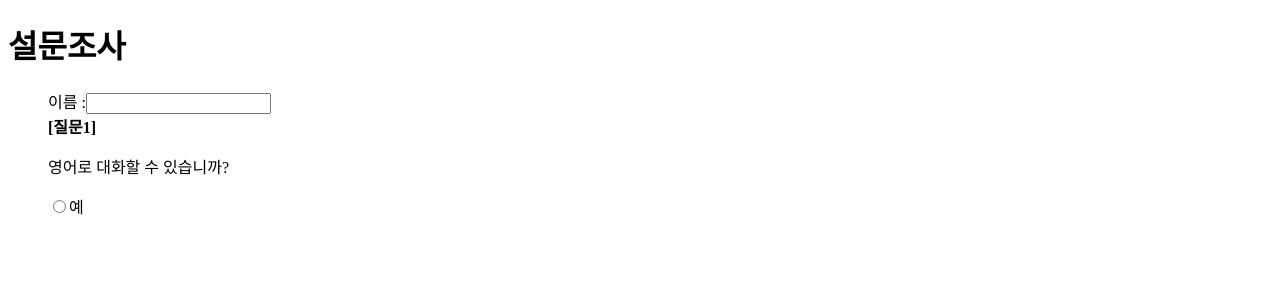
Repository: Jv2020/bitcamp
Page: html/sample05/WebContent/test02.html
The author's editor kept a copy of each file at every save. The page is drawn from the files as they stood at one save, then again after the next save.
The browser window is 1280 px wide. The pictures show the whole page.

Above is the page before, as saved 2020-01-03 07:24:35.

### html/sample05/WebContent/test02.html
<!DOCTYPE html>
<html>
<head>
<meta charset="UTF-8">
<title>Insert title here</title>

<style>
em {display:block; font-weight:bold; font-style:normal;}
ul li {list-style:none;}
</style>
</head>
<body>

<h1>설문조사</h1>
<form>
	<ul>
		<li><span>이름 :</span><input type="text"></li>
		<li><em>[질문1]</em></li>
		<li><p>영어로 대화할 수 있습니까?</p></li>
		<li>
			<input type="radio" name="english"><span>예</span>
		<li>
	</ul>
</form>

</body>
</html>

After the next save:
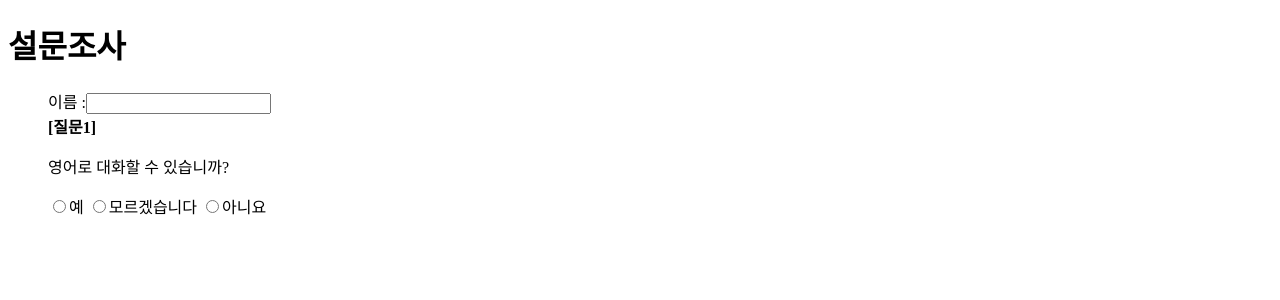
Saved 52 s later.
--- a/html/sample05/WebContent/test02.html
+++ b/html/sample05/WebContent/test02.html
@@ -18,7 +18,9 @@ ul li {list-style:none;}
 		<li><em>[질문1]</em></li>
 		<li><p>영어로 대화할 수 있습니까?</p></li>
 		<li>
-			<input type="radio" name="english"><span>예</span>
+			<input type="radio" name="english" value="예" ><span>예</span>
+			<input type="radio" name="english" value="모르겠습니다" ><span>모르겠습니다</span>
+			<input type="radio" name="english" value="아니요" ><span>아니요</span>
 		<li>
 	</ul>
 </form>
